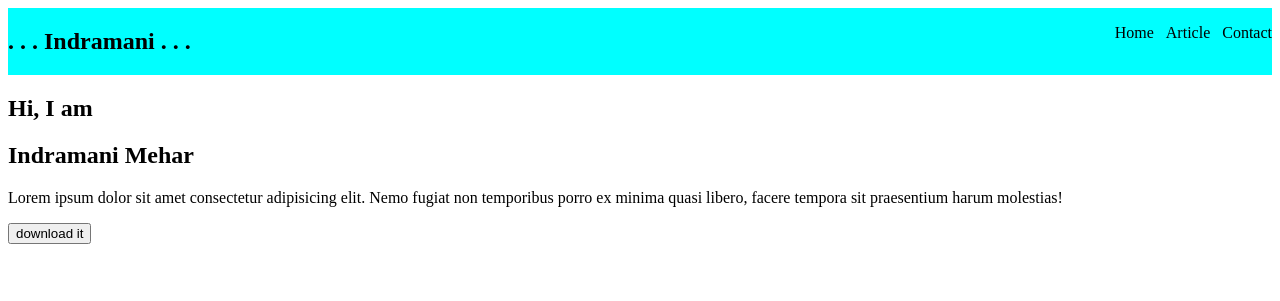
Repository: indramani7271/Indramani-First
Page: /
An editor plug-in stored every save of this project. The page is shown before and after the next save, followed by the edit.
The browser window is 1280 px wide. The pictures show the whole page.
The project was rebuilt for these pictures with package versions that can differ from the ones it lists, and the page was loaded fresh each time. Also part of the build but not shown: vite.config.js, src/index.css.

Above is the page before, as saved 2024-12-02 17:29:20.

### src/App.jsx
import Main from "./Component/Main";
import Navbar from "./Component/Navbar";

function App() {


  return (
    <div>

<Navbar />

<Main> </Main>
    </div>
  )


}


export default App;

### src/Component/Main.jsx
function Main ()  {

  return (
    <div>
        <h2 > Hi, I am     </h2>
        <h2> Indramani Mehar</h2>
        <p>Lorem ipsum dolor sit amet consectetur adipisicing elit. Nemo fugiat non temporibus porro ex minima quasi libero, facere tempora sit praesentium harum molestias!</p>
   <div>
    <button>download it</button>
   </div>


    </div>
  )
}

export default Main;

### src/Component/Navbar.jsx
function Navbar() {
    return(
        <div style={{display:"flex" , justifyContent:"space-between", backgroundColor:"aqua"}}>

<div>
<h2>. . . Indramani . . .</h2>
</div>

<div style={{display:"flex" , justifyContent:"space-between", gap:"12px", backgroundColor:"aqua"}}>

<p >Home</p>
<p>Article</p>
<p>Contact</p>

</div>

        </div>
    )

}

export default Navbar

### src/Component/Footer.jsx
function Footer() {
   return(
    <footer>this is a footer copyright 2024</footer>
   )


}

export default Footer

Loaded but not shown: index.html (common file); src/main.jsx (common file)

After the next save:
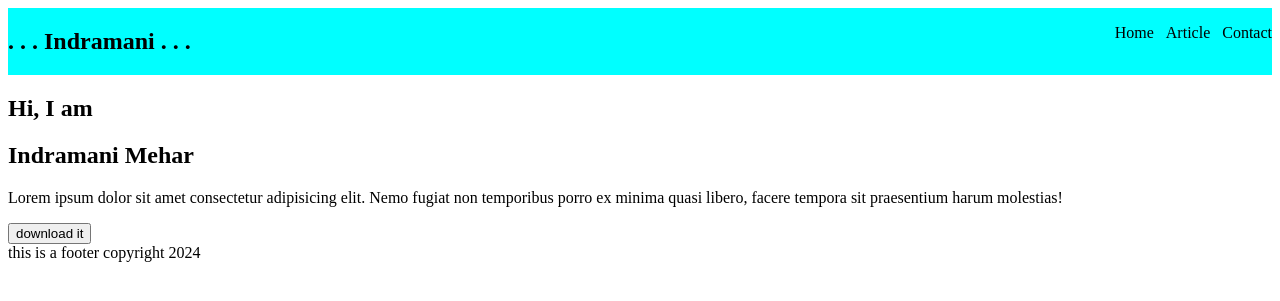
Saved 3 min 54 s later.
--- a/src/App.jsx
+++ b/src/App.jsx
@@ -1,6 +1,6 @@
 import Main from "./Component/Main";
 import Navbar from "./Component/Navbar";
-
+import Footer from "./Component/Footer";
 function App() {
 
 
@@ -10,6 +10,7 @@ function App() {
 <Navbar />
 
 <Main> </Main>
+<Footer> </Footer>
     </div>
   )
 
